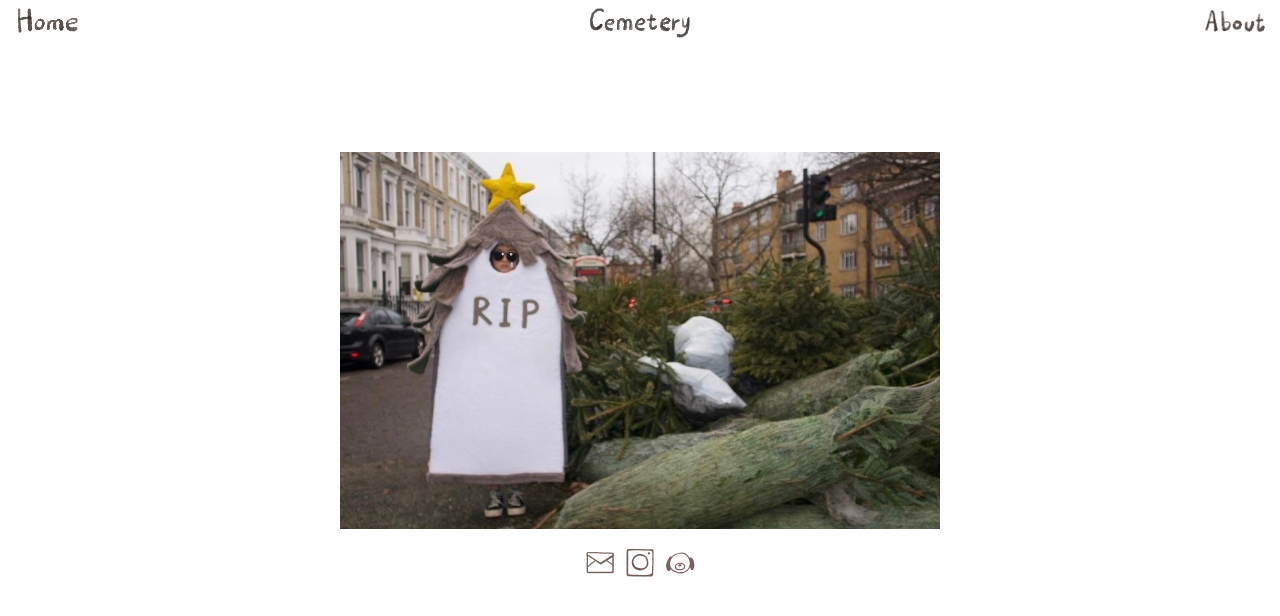
Repository: FuugaMo/ByeByeChristmasTree.github.io
Page: about.html
The author's editor kept a copy of each file at every save. The page is drawn from the files as they stood at one save, then again after the next save.
The browser window is 1280 px wide. The pictures show the whole page.

Above is the page before, as saved 2023-08-02 09:34:00.

### about.html
<!DOCTYPE html>
<html lang="en">

<head>
    <meta charset="utf-8" />
    <link
        href="about.css"
        rel="stylesheet"
    />

</head>

<body>
    <!-- 顶部导航栏 -->
    <nav>
        <div
            class="home"
            style="width:60px; height:50px"
        >
            <img
                src="./Image/Home.png"
                width="60px"
            >
            <input
                type="button"
                onclick='location.href=("index.html")'
            />

        </div>

        <div
            class="cemetery"
            style="width: 100px;"
        >
            <img
                src="./Image/cemetery.png"
                class="cemetery"
                width="100px"
            >
            <input
                type="button"
                onclick='location.href=("cemetery.html")'
            />
        </div>

        <div
            class="about"
            style="width: 60px;"
        >
            <img
                src="./Image/about.png"
                width="60px"
            >
            <input
                type="button"
                onclick='location.href=("about.html")'
            />
        </div>

    </nav>

    <div id="content">
        <img src="./Image/About1.jpeg">
    </div>

    <div class="link">
        <a href="mailto:bagegoo@126.com">
            <img
                src="./Image/Mail.jpg"
                alt="Mail Icon"
            >
        </a>

        </a>
        <a href="https://www.instagram.com/bagegoo/">
            <img
                src="./Image/Ins.jpg"
                alt="Instagram Icon"
            >
        </a>
        <a href="https://bagegoo.com">
            <img
                src="./Image/Dog.jpg"
                alt="Website Icon"
            >
        </a>
    </div>

</body>

### about.css
/* 新增样式 */
#content {
    /* 居中 */
    margin: 0 auto;
    width: 600px;
}

#content img {
    width: 600px;
}

#content .text {
    flex: 1;
    padding-left: 20px;
}


/* 导航栏 */
.home {
    position: relative;
    display: -webkit-box;
    -webkit-box-pack: start;
    -webkit-box-align: start;
    -webkit-box-orient: start;
    text-align: center;
    margin-left: 10px;
    /* opacity: 0; */
}

.home input {
    cursor: url("光标.png"), auto;
    position: absolute;
    width: 60px;
    height: 25px;
    border: 0px;
    left: 0px;
    top: 0px;
    /* opacity: 0.5; */
    /* background-color: black; */
    background-color: transparent;
}

.cemetery {
    position: relative;
    margin: 0 auto;
    top: -25px;
}

.cemetery input {
    cursor: url("光标.png"), auto;
    position: relative;
    width: 100px;
    height: 60px;
    border: 0;
    top: -85px;
    /* opacity: 0.5; */
    /* background-color: black; */
    background-color: transparent;
}

.about {
    position: absolute;
    right: 15px;
    top: 10px;
}

p1,
p2,
p3 {
    font-family: "Gill Sans", sans-serif;
    font-size: large;
    color: gray;
}

.about input {
    cursor: url("光标.png"), auto;
    position: absolute;
    width: 60px;
    height: 25px;
    border: 0px;
    right: 1px;
    /* opacity: 0.5; */
    /* background-color: black; */
    background-color: transparent;

}

/* 导航栏结束 */

html {
    cursor: url("光标.png"), auto;
}

.link {
    margin-top: 10px;
    display: flex;
    justify-content: center;
    align-items: center;

}

.link a {
    margin: 5px;
    /* 可根据需要调整间距 */
}

.link img {
    width: 30px;
    height: 30px;
}

After the next save:
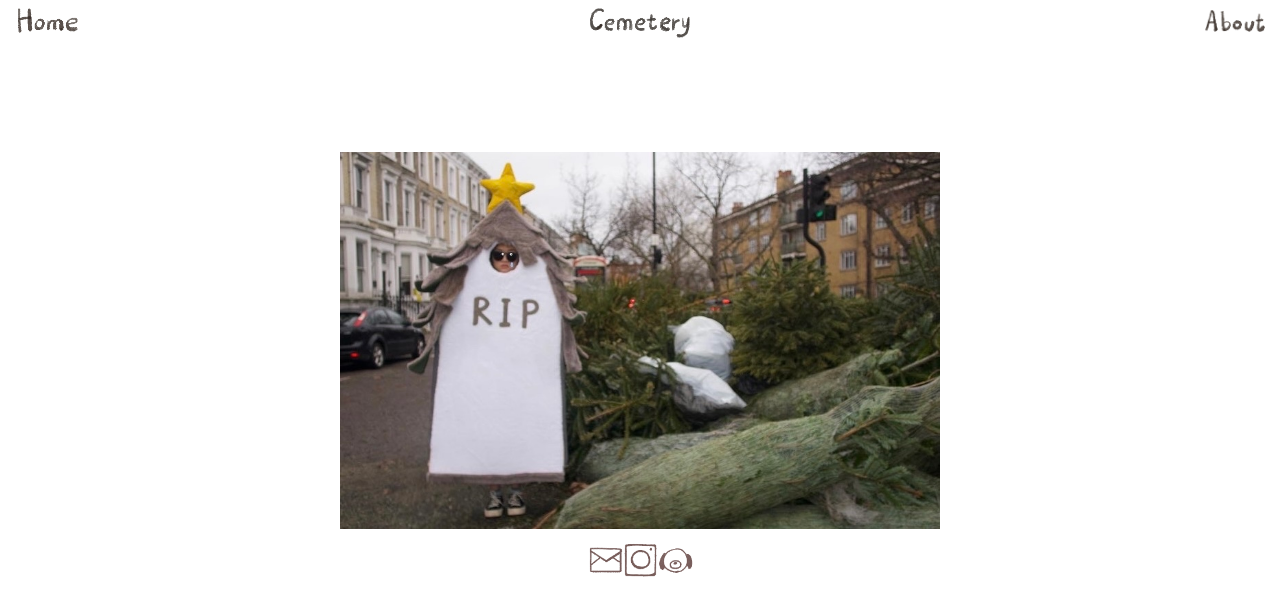
Saved 19 s later.
--- a/about.css
+++ b/about.css
@@ -100,11 +100,11 @@ html {
 }
 
 .link a {
-    margin: 5px;
+    margin: 0px;
     /* 可根据需要调整间距 */
 }
 
 .link img {
-    width: 30px;
-    height: 30px;
+    width: 35px;
+    height: 35px;
 }
